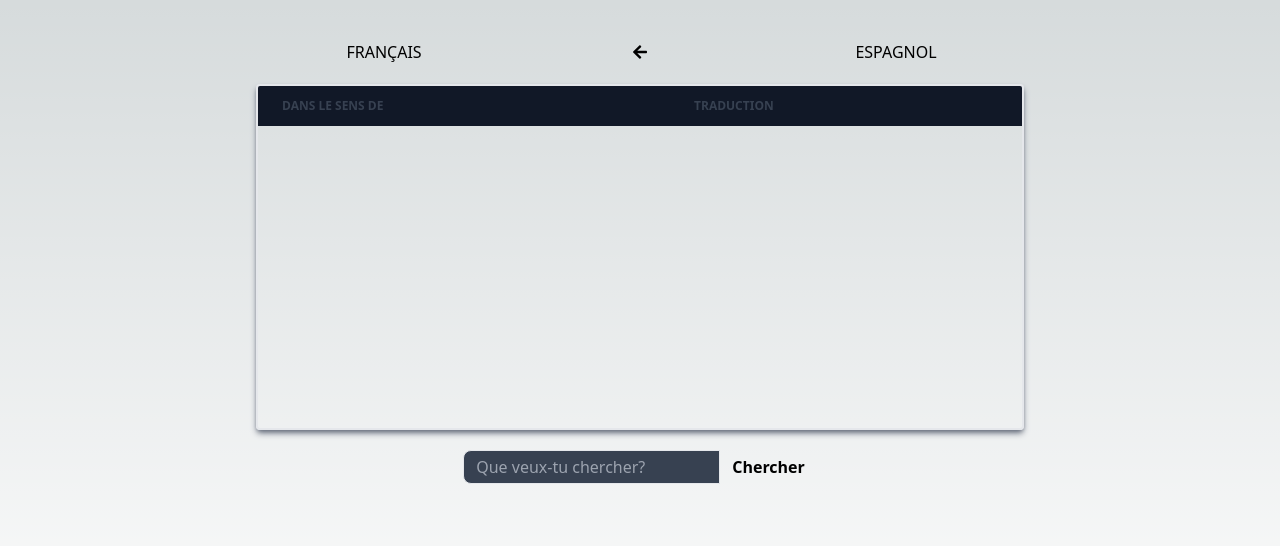
Repository: All-Khwarizmi/Dico
Page: /
An editor plug-in stored every save of this project. The page is shown before and after a run of saves, followed by the edit.
The browser window is 1280 px wide. The pictures show the whole page.
The project was rebuilt for these pictures with package versions that can differ from the ones it lists, and the page was loaded fresh each time. The framework's server and built-in components were replaced by stand-ins that run in the browser. Also part of the build but not shown: next.config.js, vite.config.ts.

Above is the page before, as saved 2023-02-17 18:38:35.

### src/app/page.tsx
'use client';
import Image from 'next/image';
import { Inter } from '@next/font/google';
import { FaArrowLeft } from 'react-icons/fa';
import { BsArrowRight } from 'react-icons/bs';
import { FaArrowRight } from 'react-icons/fa';
import EspModal from '@/components/EspModal';
import DicoModal from '@/components/DicoModal';

const inter = Inter({ subsets: ['latin'] });
import parse from 'html-react-parser';
import { useState } from 'react';
import Link from 'next/link';

type Trad = {
  source: string;
  target: string;
};
type Translations = Array<Trad>;
interface TranslationsFetch {
  translations: Array<Trad>;
}
export default function Home() {
  const [word, setWord] = useState<string>('');
  const [isFr, setIsFR] = useState<Boolean>(false);
  const [translations, setTranslations] = useState<Translations>([]);

  const submitWord = (e: React.FormEvent<HTMLFormElement>) => {
    e.preventDefault();
    let check = word.split(' ').length;
    console.log('Submitting', check);
    if (check > 1) {
      return window.alert('1 mot à la fois');
    }
    if (isFr) return fetchDico(word).catch((err) => console.log(err));
    fetchDicoEsp(word).catch((err) => console.log(err));
  };

  const inputWord = (e: React.ChangeEvent<HTMLInputElement>) => {
    return setWord(e.target.value);
  };

  const fetchDico = async (word: string): Promise<void> => {
    console.log('Fetching..');
    const url = 'https://dico-ochre.vercel.app/api/dico';
    const options: RequestInit = {
      method: 'POST',
      headers: {
        'Content-Type': 'text/plain;charset=UTF-8',
      },
      body: JSON.stringify(word),
    };
    const res = await fetch(url, options);
    // eslint-disable-next-line @typescript-eslint/no-unsafe-assignment
    const data = await res.json();
    console.log('Data: ', data);
    // eslint-disable-next-line @typescript-eslint/no-unsafe-assignment
    const { translations }: TranslationsFetch = data;
    setTranslations(translations);
    setWord('');
  };
  const fetchDicoEsp = async (word: string): Promise<void> => {
    console.log('Fetching..');
    const url = 'https://dico-ochre.vercel.app/api/esp';
    const options: RequestInit = {
      method: 'POST',
      headers: {
        'Content-Type': 'text/plain;charset=UTF-8',
      },
      body: JSON.stringify(word),
    };
    const res = await fetch(url, options);
    // eslint-disable-next-line @typescript-eslint/no-unsafe-assignment
    const data = await res.json();
    console.log('Data: ', data);
    // eslint-disable-next-line @typescript-eslint/no-unsafe-assignment
    const { translations }: TranslationsFetch = data;
    setTranslations(translations);
    setWord('');
  };
  return (
    <main className='h-screen w-screen'>
      <div className='grid place-items-center pt-5 '>
        {isFr ? (
          <div className='grid w-[60%] grid-cols-3  place-items-center  '>
            <button onClick={() => setIsFR(!isFr)}>
              <h1 className='py-5 text-center uppercase text-1xl'>Français</h1>
            </button>
            <button onClick={() => setIsFR(!isFr)}>
              <FaArrowRight />
            </button>
            <button onClick={() => setIsFR(!isFr)}>
              <h1 className='py-5 text-center uppercase text-1xl'>Espagnol</h1>
            </button>
          </div>
        ) : (
          <div className='grid w-[60%] grid-cols-3  place-items-center  '>
            <button onClick={() => setIsFR(!isFr)}>
              <h1 className='py-5 text-center uppercase text-1xl'>Français</h1>
            </button>
            <button onClick={() => setIsFR(!isFr)}>
              <FaArrowLeft />
            </button>
            <button onClick={() => setIsFR(!isFr)}>
              <h1 className='py-5 text-center uppercase text-1xl'>Espagnol</h1>
            </button>
          </div>
        )}
      </div>
      <div className='flex h-[80%] flex-col  items-center gap-5'>
        <div className=' h-[60%] max-h-[80%] w-[60%] overflow-scroll rounded border-2 border-solid dark:border-gray-600 shadow-md shadow-gray-500 '>
          <div className='text-black '>
            <div className=''>
              <table className='  relative w-full text-left text-sm text-gray-500 dark:text-gray-400'>
                <thead className='  sticky top-0 bg-gray-900 text-xs uppercase text-gray-700 '>
                  <tr>
                    <th scope='col' className='px-6 dark:text-white py-3 '>
                      Dans le sens de
                    </th>
                    <th scope='col' className='px-6 dark:text-white py-3 '>
                      Traduction
                    </th>
                  </tr>
                </thead>
                <tbody className='bg-gray-800'>
                  {translations?.map((trad: Trad, index) => {
                    return (
                      <tr
                        className='border-b bg-white dark:border-gray-700 dark:bg-gray-800'
                        key={index}
                      >
                        <td className='px-6 py-4'> {parse(trad?.source)}</td>
                        <th
                          scope='row'
                          className='whitespace-nowrap px-6 py-4 font-medium text-gray-900 dark:text-white'
                        >
                          {parse(trad?.target)}
                        </th>
                      </tr>
                    );
                  })}
                </tbody>
              </table>
            </div>
          </div>
        </div>
        <form className='text-black' onSubmit={(e) => submitWord(e)}>
          <input
            onChange={(event) => inputWord(event)}
            value={word}
            placeholder='Que veux-tu chercher?'
            className='rounded-lg border dark:text-white border-1 bg-gray-700 rounded-r-none px-3 py-1'
            type='text'
            name='word'
            id='word'
          />
          <button
            className='rounded-lg rounded-l-none dark:bg-gray-400 dark:text-white font-bold dark:bg-purple-900 px-3 py-1 dark:py-1.5'
            type='submit'
          >
            Chercher
          </button>
        </form>
      </div>
    </main>
  );
}

Loaded but not shown: src/app/layout.tsx (common file); src/app/globals.css (common file); tailwind.config.js (common file)

After the next 2 saves:
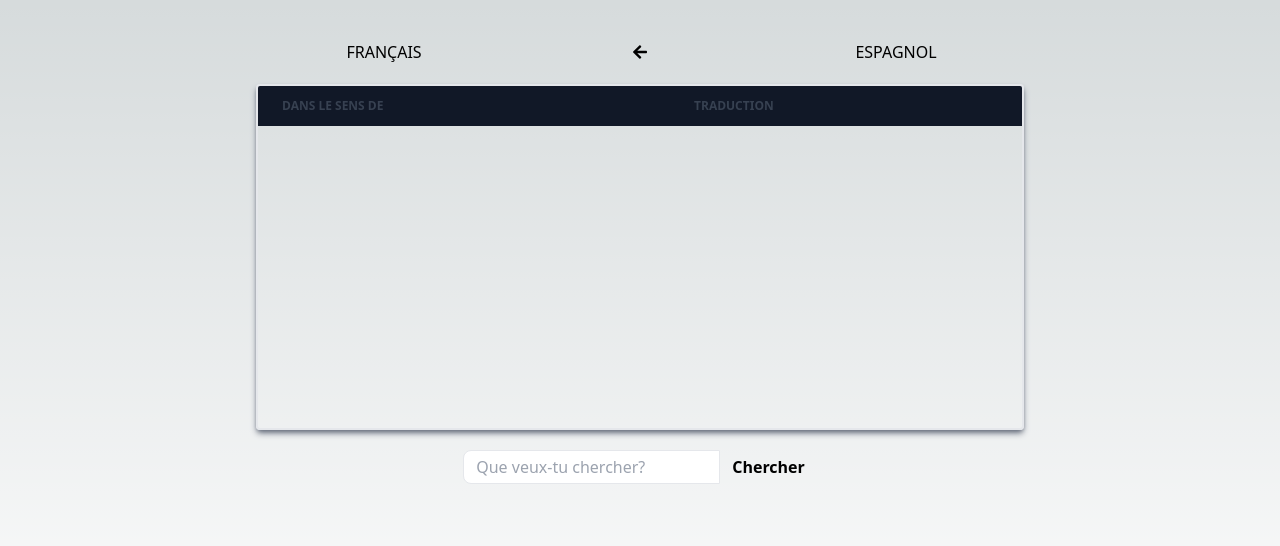
The 2 saves are shown as one change because they came seconds apart.
The last was saved 15 s later.
--- a/src/app/page.tsx
+++ b/src/app/page.tsx
@@ -149,7 +149,7 @@ export default function Home() {
             onChange={(event) => inputWord(event)}
             value={word}
             placeholder='Que veux-tu chercher?'
-            className='rounded-lg border dark:text-white border-1 bg-gray-700 rounded-r-none px-3 py-1'
+            className='rounded-lg border dark:text-white border-1 dark:bg-gray-700 rounded-r-none px-3 py-1'
             type='text'
             name='word'
             id='word'
